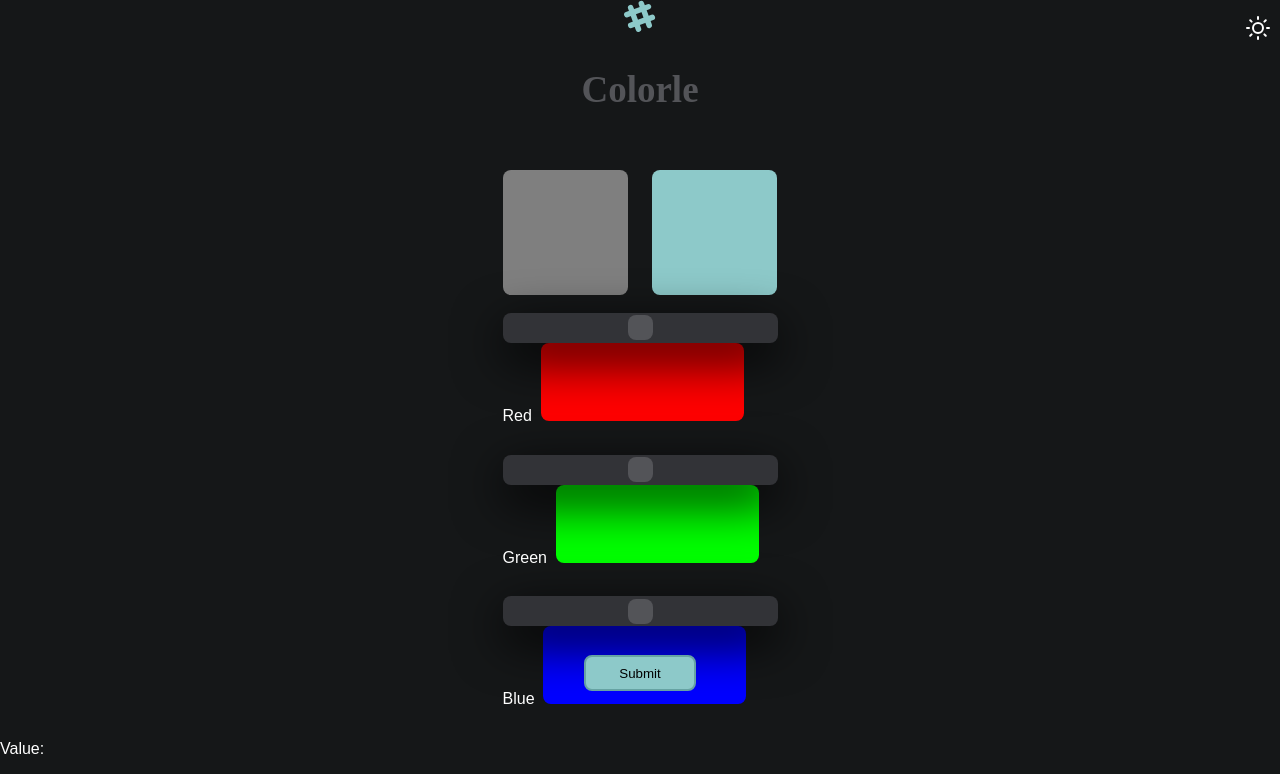
Repository: Artem-Melnik/Colorle
Page: index.html
These files come from the project's save history. The page is drawn as it stood at one moment and after the next save; the edit follows.
The browser window is 1280 px wide. The pictures show the whole page.

Above is the page before, as saved 2022-05-14 21:35:51.

After the next save:
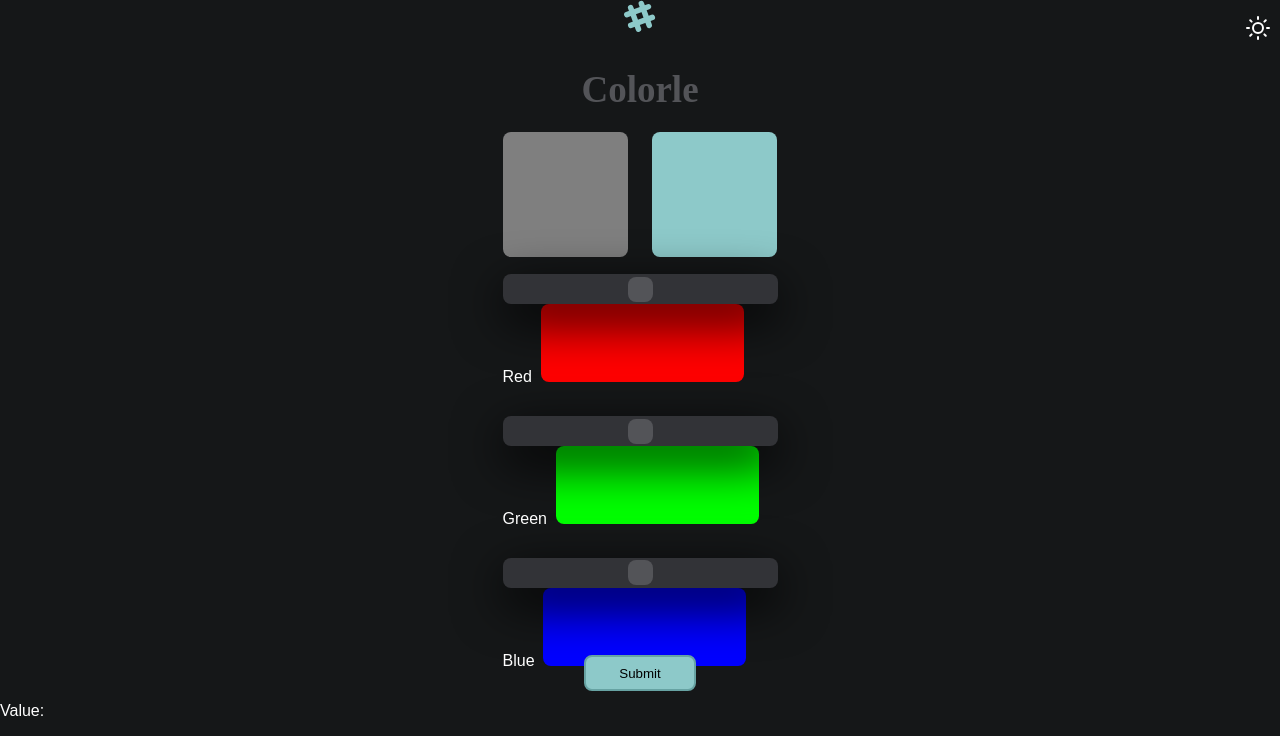
Saved 7 s later.
--- a/styles.css
+++ b/styles.css
@@ -25,7 +25,7 @@
   margin: auto;
   width: 275px;
   height: 42px;
-  margin-bottom: 10%;
+  margin-bottom: 7%;
 }
 
 #logo {
